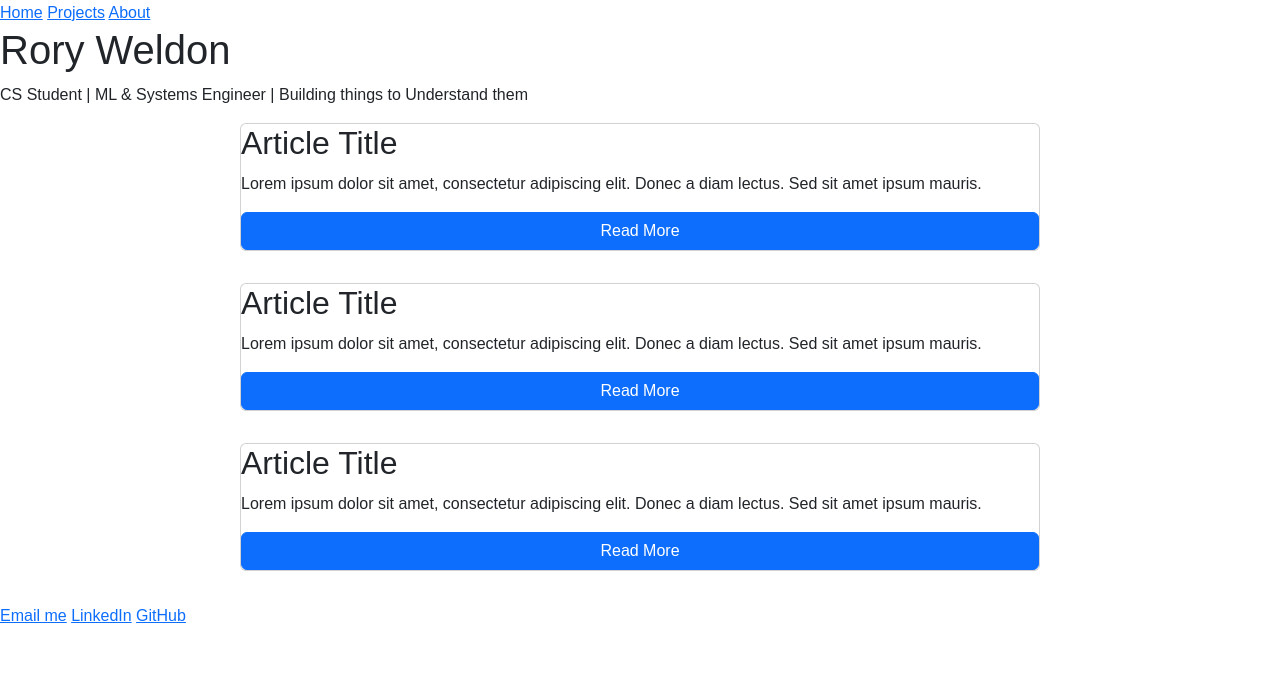
Repository: Art3misF0wl90/Portfolio
Page: index.html
The author's editor kept a copy of each file at every save. The page is drawn from the files as they stood at one save, then again after a run of saves.
The browser window is 1280 px wide. The pictures show the whole page.

Above is the page before, as saved 2026-06-17 19:04:14.

After the next 2 saves:
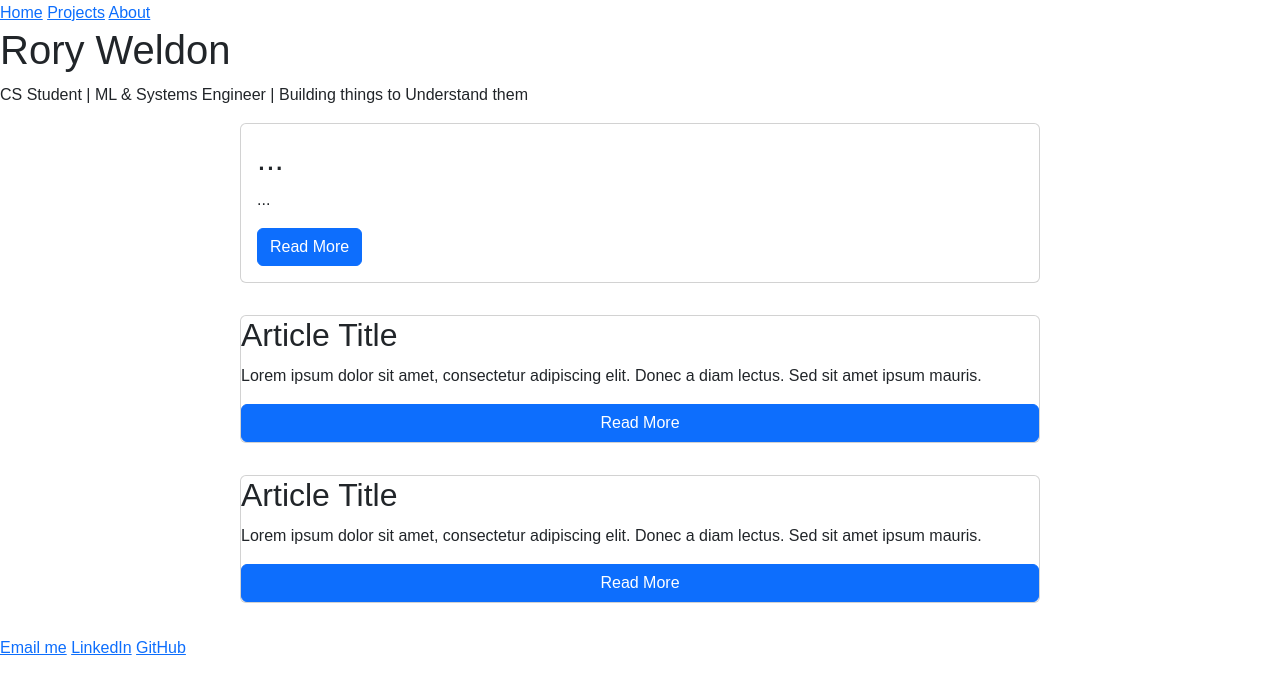
The 2 saves are shown as one change because they came seconds apart.
The last was saved 69 s later.
--- a/index.html
+++ b/index.html
@@ -33,12 +33,12 @@
     <main>
       <!-- Main content - Teasers for projects-->
       <article class="card">
-        <h2 class="card-title">Article Title</h2>
-        <p class="card-text">
-          Lorem ipsum dolor sit amet, consectetur adipiscing elit. Donec a diam
-          lectus. Sed sit amet ipsum mauris.
-        </p>
-        <button class="btn btn-primary">Read More</button>
+        <div class="card-body">
+          <!-- provides internal padding -->
+          <h2 class="card-title">...</h2>
+          <p class="card-text">...</p>
+          <a href="..." class="btn btn-primary">Read More</a>
+        </div>
       </article>
       <article class="card">
         <h2 class="card-title">Article Title</h2>
